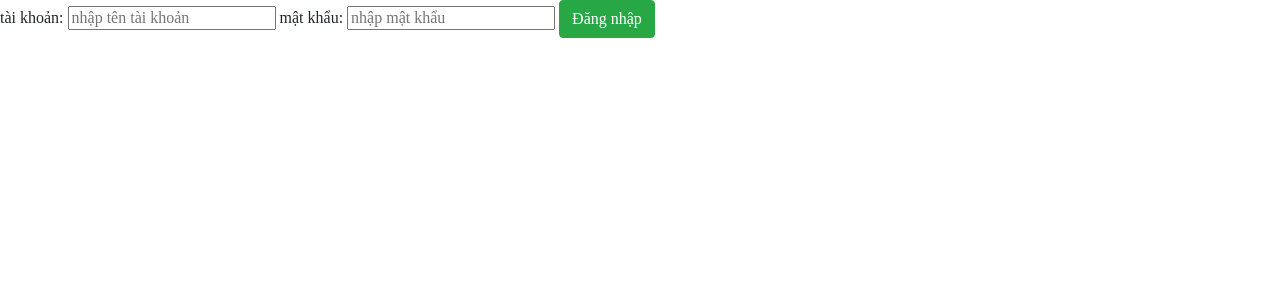
Repository: Phat-001/Front-end-Zozi
Page: index.html
An editor plug-in stored every save of this project. The page is shown before and after a run of saves, followed by the edit.
The browser window is 1280 px wide. The pictures show the whole page.
Some web libraries are served in a nearby version.

Above is the page before, as saved 2021-09-19 20:00:10.
Console error: TypeError: Cannot read properties of null (reading 'addEventListener')

### index.html
<!DOCTYPE html>
<html>

<head>
  <meta charset="utf-8" />
  <meta http-equiv="X-UA-Compatible" content="IE=edge" />
  <meta name="viewport" content="width=device-width, initial-scale=1" />
  <meta name="description" content="" />
  <link rel="stylesheet" href="https://maxcdn.bootstrapcdn.com/bootstrap/4.0.0/css/bootstrap.min.css" integrity="sha384-Gn5384xqQ1aoWXA+058RXPxPg6fy4IWvTNh0E263XmFcJlSAwiGgFAW/dAiS6JXm" crossorigin="anonymous">
  <script src="https://code.jquery.com/jquery-3.2.1.slim.min.js" integrity="sha384-KJ3o2DKtIkvYIK3UENzmM7KCkRr/rE9/Qpg6aAZGJwFDMVNA/GpGFF93hXpG5KkN" crossorigin="anonymous"></script>
<script src="https://cdnjs.cloudflare.com/ajax/libs/popper.js/1.12.9/umd/popper.min.js" integrity="sha384-ApNbgh9B+Y1QKtv3Rn7W3mgPxhU9K/ScQsAP7hUibX39j7fakFPskvXusvfa0b4Q" crossorigin="anonymous"></script>
<script src="https://maxcdn.bootstrapcdn.com/bootstrap/4.0.0/js/bootstrap.min.js" integrity="sha384-JZR6Spejh4U02d8jOt6vLEHfe/JQGiRRSQQxSfFWpi1MquVdAyjUar5+76PVCmYl" crossorigin="anonymous"></script>
  <link rel="stylesheet" href="css/style.css">
  <link rel="stylesheet" href="css/reset.css">
  <title>ZoZi coffee</title>
</head>

<body>
  <div id="main">
    <div id="form-login">
      <div id="logo">

      </div>
      <div id="input-login">
        tài khoản: <input type="text" name="username" id="username" placeholder="nhập tên tài khoản">
        mật khẩu: <input type="password" name="password" id="password" placeholder="nhập mật khẩu">
        <button type="button" class="btn btn-success">Đăng nhập</button>
      </div>
    </div>
  </div>
</body>

<script src="js/main.js"></script>
</html>

### js/main.js
const cart =document.querySelector('.giohang-homepage');
const modal=document.querySelector('.modal');
const close_order=document.querySelector('.menu-close');
const modal_container= document.querySelector('.js-modal-menu');
const btn_thanhtoan= document.querySelector('.btn-thanhtoan');
const sub_notifications=document.querySelector('.notification-thanhtoan');
const sub_notifications2=document.querySelector('.modal_sub_noti')
const sub_notifications_thoat=document.querySelector('.sub-thoat')
const notification_pay=document.querySelector('.notification-pay')
const print_bill=document.querySelector('.print-bill')
cart.addEventListener('click', function(){
    modal.classList.add('open');
})
close_order.addEventListener('click', function(){
    modal.classList.remove('open');
})
modal.addEventListener('click', function(){
    modal.classList.remove('open');
})
modal_container.addEventListener('click', function(event){
    event.stopPropagation();
})
//====================event click nút thanh toán==========
print_bill.addEventListener('click', function(event){
    notification_pay.classList.add('open');
})
// ==================================================================
sub_notifications_thoat.addEventListener('click', function(event){
    sub_notifications.classList.remove('open');
})
sub_notifications.addEventListener('click', function(){
    sub_notifications.classList.remove('open');
})
btn_thanhtoan.addEventListener('click', function(event){
    sub_notifications.classList.add('open');
})
sub_notifications2.addEventListener('click', function(a){
    a.stopPropagation();
})

Loaded but not shown: css/reset.css (common file); css/style.css (empty)

After the next 3 saves:
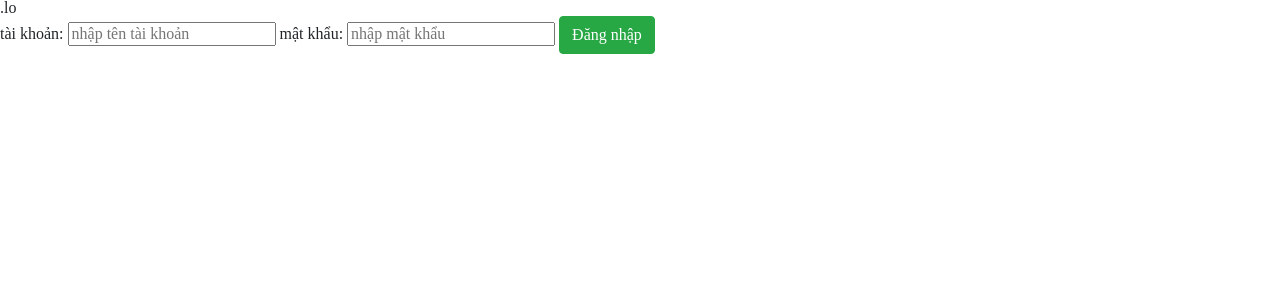
The 3 saves are shown as one change because they came seconds apart.
The last was saved 29 s later.
--- a/index.html
+++ b/index.html
@@ -19,7 +19,7 @@
   <div id="main">
     <div id="form-login">
       <div id="logo">
-
+        .lo
       </div>
       <div id="input-login">
         tài khoản: <input type="text" name="username" id="username" placeholder="nhập tên tài khoản">
